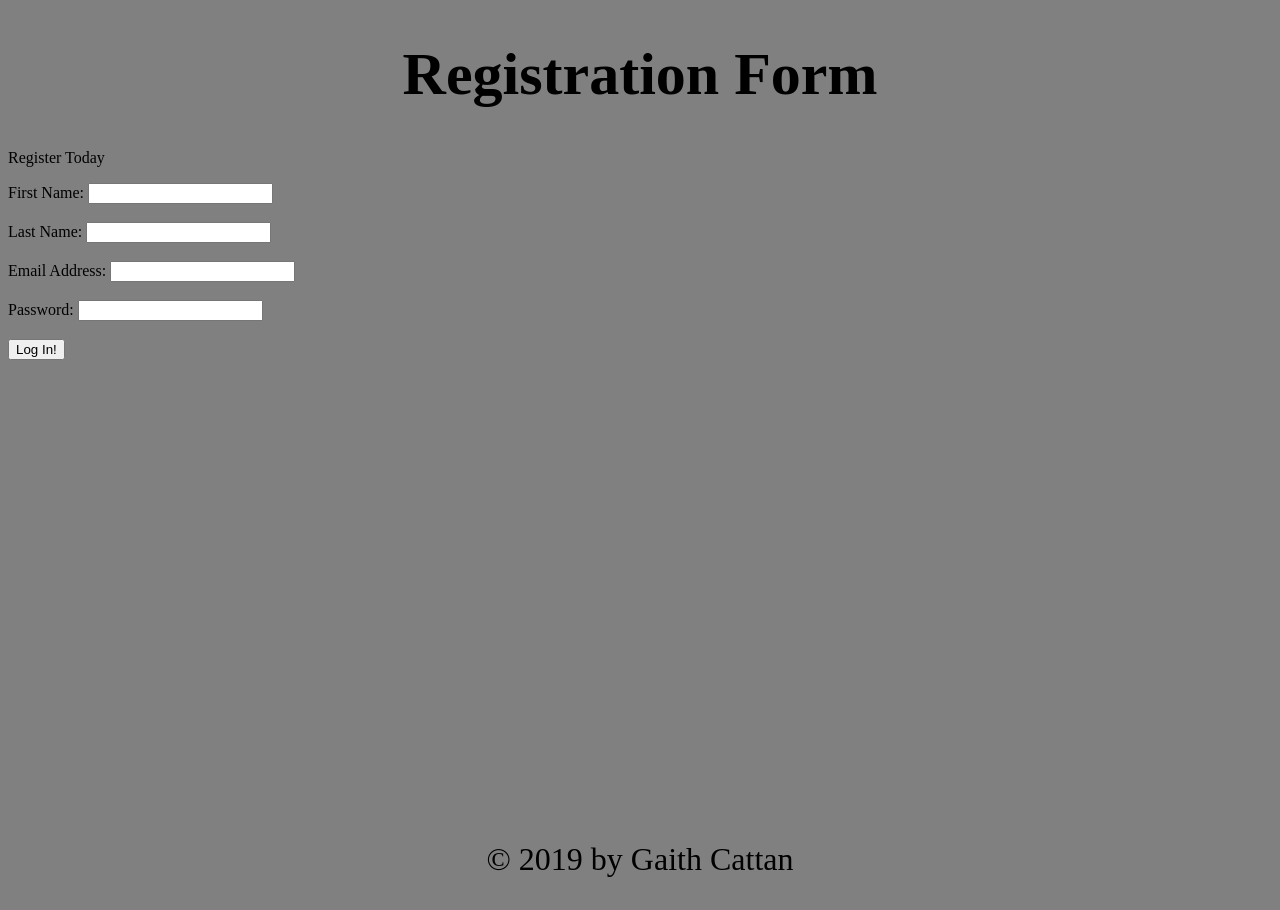
Repository: GaithCattan/COSW30
Page: labwork/lab2/registration.html
The author's editor kept a record of every edit. The page is drawn from the files as they stood at one moment, then again after the next edit.
The browser window is 1280 px wide. The pictures show the whole page.

Above is the page before.

After the next edit:
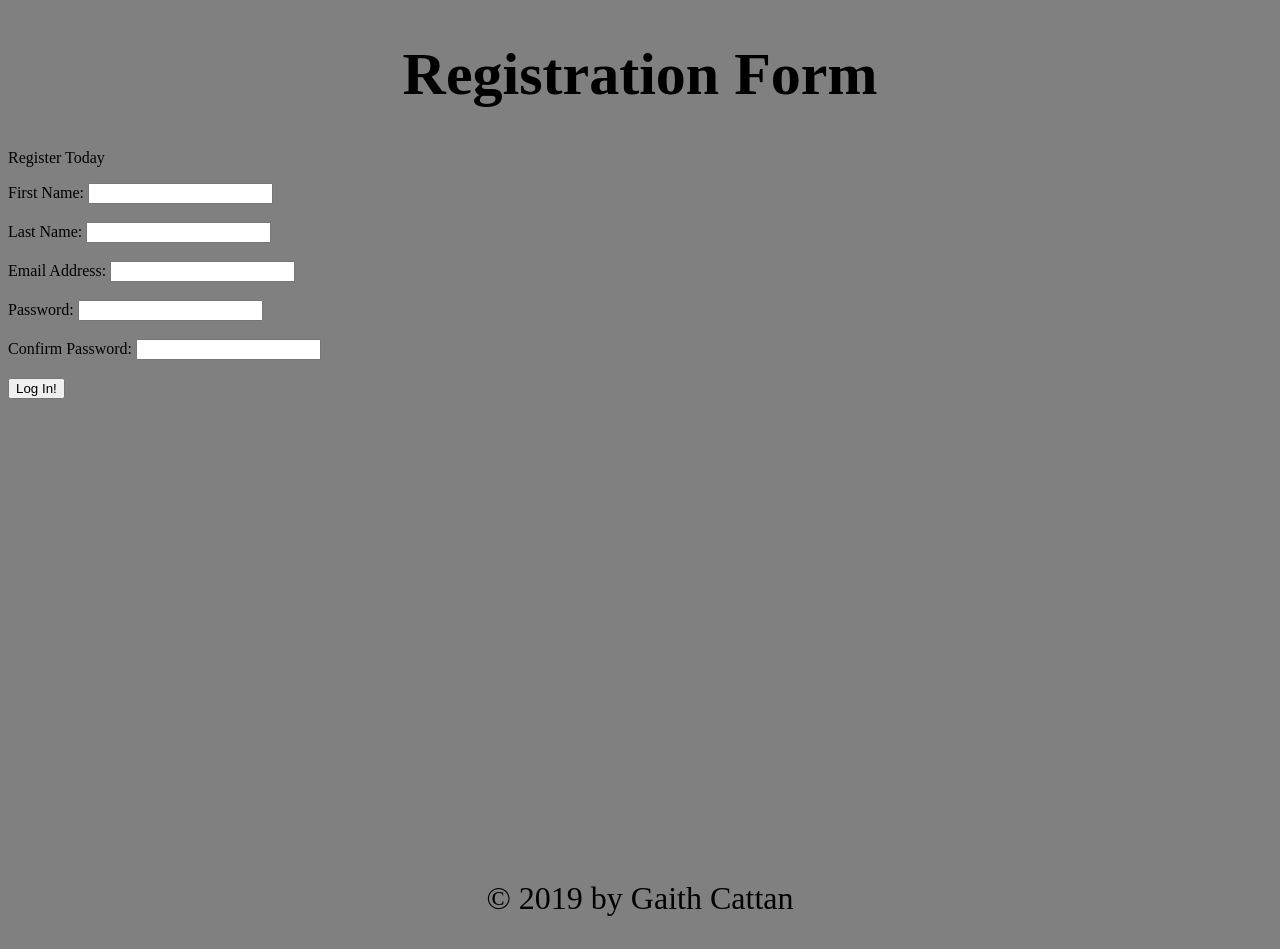
The edit:
--- a/labwork/lab2/registration.html
+++ b/labwork/lab2/registration.html
@@ -29,9 +29,13 @@
              <lable for="password">Password: </lable>
              <input type="text" id="password" name="password" required>
              <br><br>
+             <lable for="confirm_password">Confirm Password: </lable>
+             <input type="text" id="confirm_password" name="confirm_password" required>
+             <br><br>
+
              <button>Log In!</button>
 
-
+             &nbsp&nbsp&nbsp&nbsp&nbsp&nbsp&nbsp
 
          </form>
 
